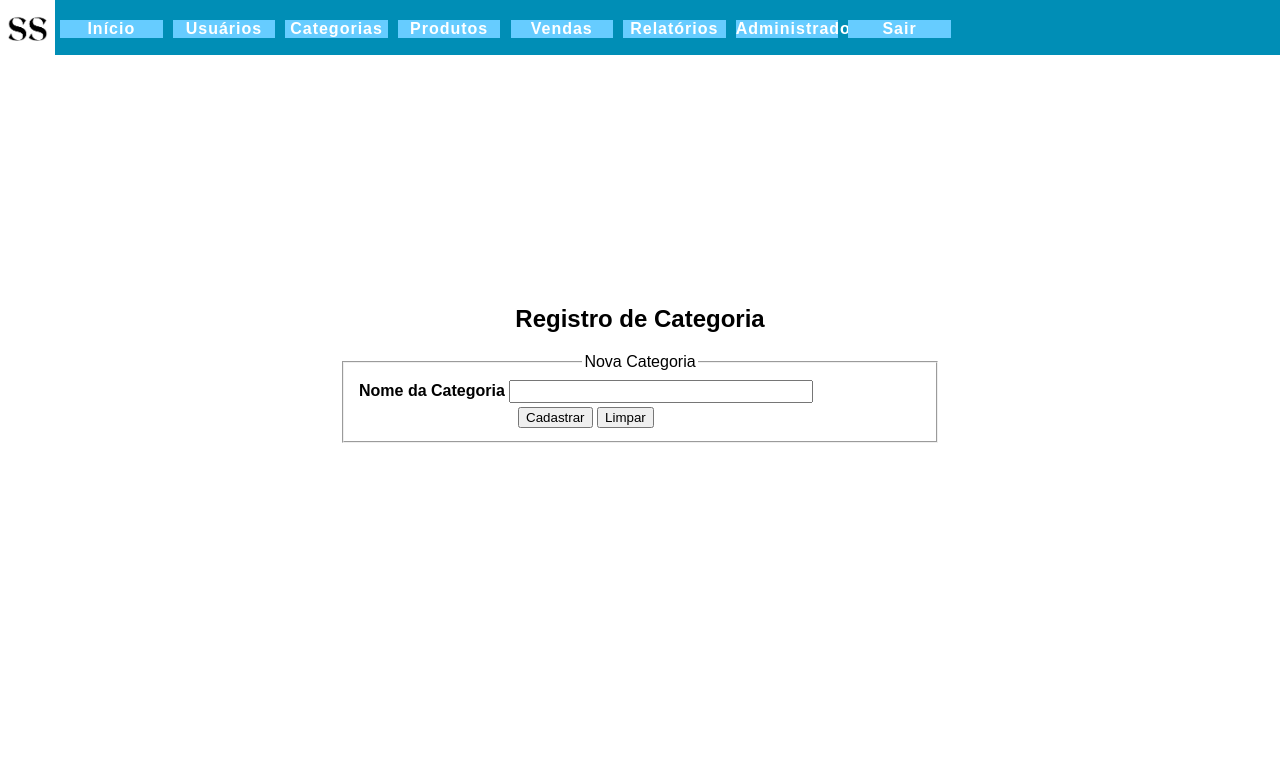
Repository: FaculdadeSenaiJoinville/PiMichelBaade
Page: ProjetoIndividual/WebContent/pages/admin/adminCategorias.html
The author's editor kept a copy of each file at every save. The page is drawn from the files as they stood at one save, then again after the next save.
The browser window is 1280 px wide. The pictures show the whole page.

Above is the page before, as saved 2021-08-18 00:40:32.

After the next save:
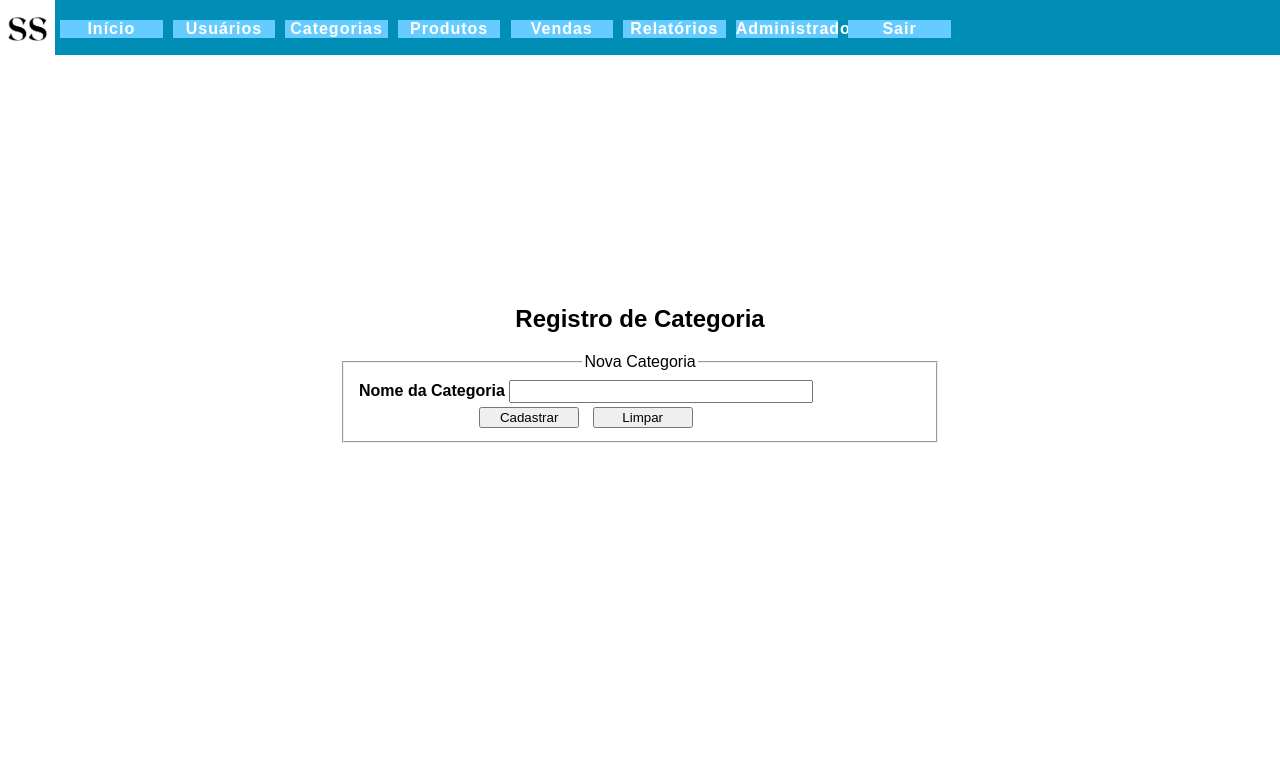
Saved 31 s later.
--- a/ProjetoIndividual/WebContent/css/admin.css
+++ b/ProjetoIndividual/WebContent/css/admin.css
@@ -100,3 +100,8 @@ section img{
 	width: 300px;
 	padding: 2px 0;
 }
+
+.frmInserir button{
+	width: 100px;
+	margin: 0 1%;
+}
